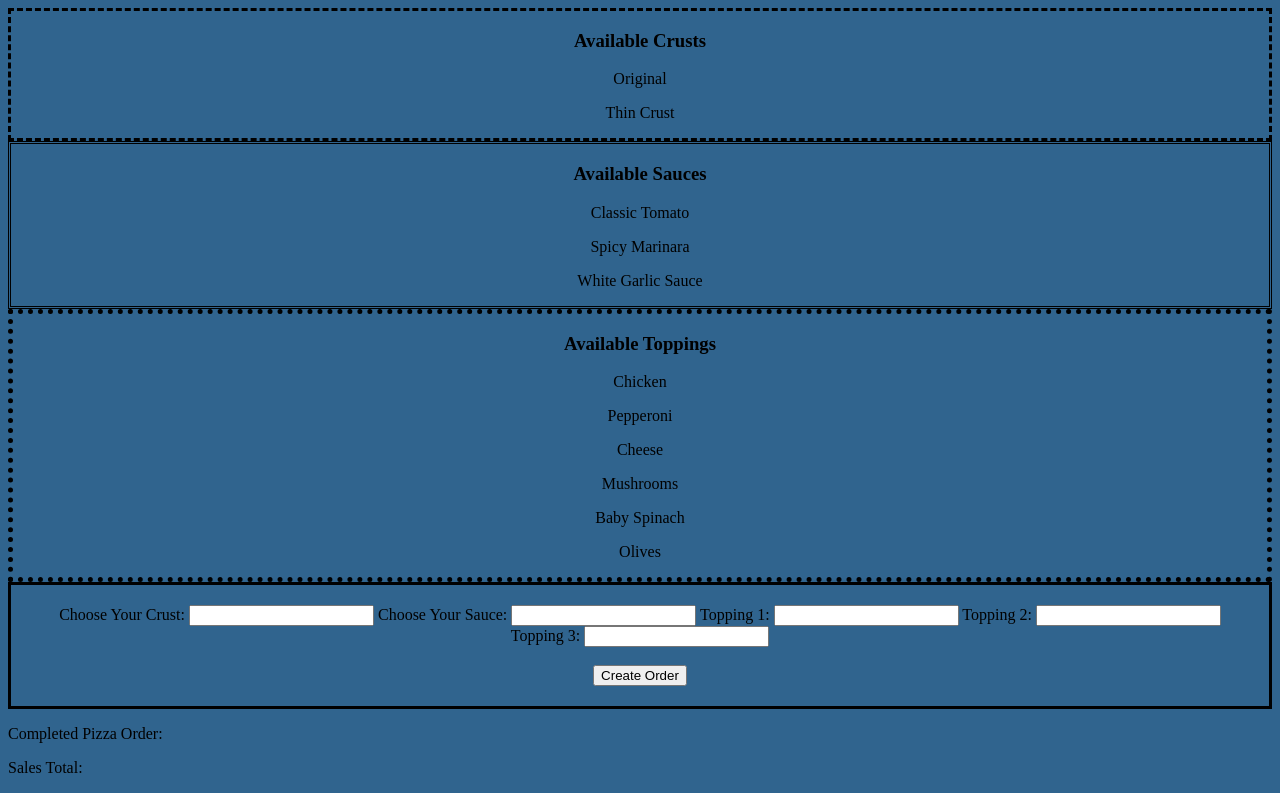
Repository: EmmanuelMefor/Pizza-order
Page: index.html
An editor plug-in stored every save of this project. The page is shown before and after the next save, followed by the edit.
The browser window is 1280 px wide. The pictures show the whole page.
Some web fonts or font styles are not loaded; a fallback is used.

Above is the page before, as saved 2023-02-19 03:10:53.
Console error: SyntaxError: Unexpected number

After the next save:
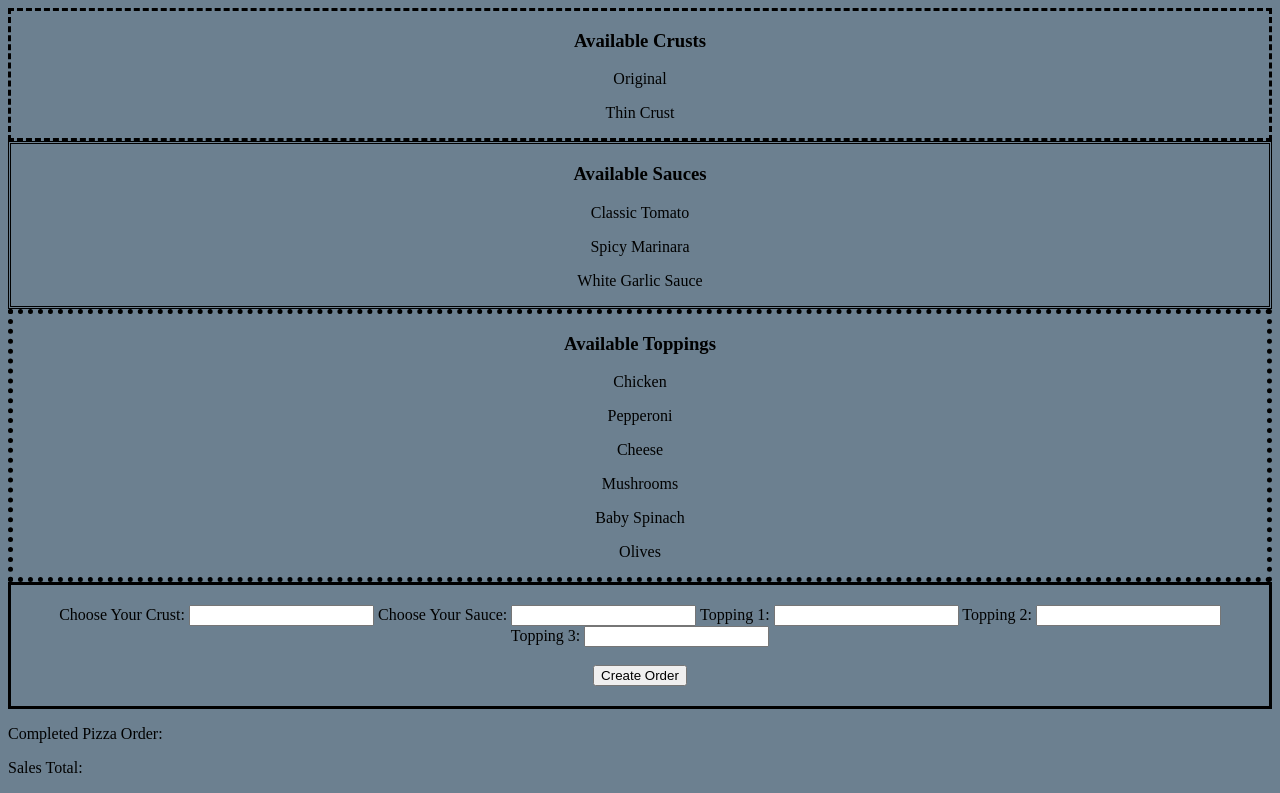
Saved 320 days later.
--- a/style.css
+++ b/style.css
@@ -1,39 +1,33 @@
 body {
-    background-color: #30648e
-
+  background-color: #6c8090;
 }
 
 .createOrder {
-    text-align: center;
-    border-style: dashed;
-
-
+  text-align: center;
+  border-style: dashed;
 }
 
 form {
-    border: px;
-    padding-top: 20px;
-    padding-right: 20px;
-    padding-left: 20px;
-    padding-bottom: 20px;
-    text-align: center;
-    border-style: solid
-
-
+  border: px;
+  padding-top: 20px;
+  padding-right: 20px;
+  padding-left: 20px;
+  padding-bottom: 20px;
+  text-align: center;
+  border-style: solid;
 }
 
 #labels {
-    display:block
+  display: block;
 }
 
 .T {
-    border-style: dotted;
-    border-width: 5px;
-    text-align: center;
-
+  border-style: dotted;
+  border-width: 5px;
+  text-align: center;
 }
 
 .s {
-    text-align: center;
-    border-style: double;
+  text-align: center;
+  border-style: double;
 }
